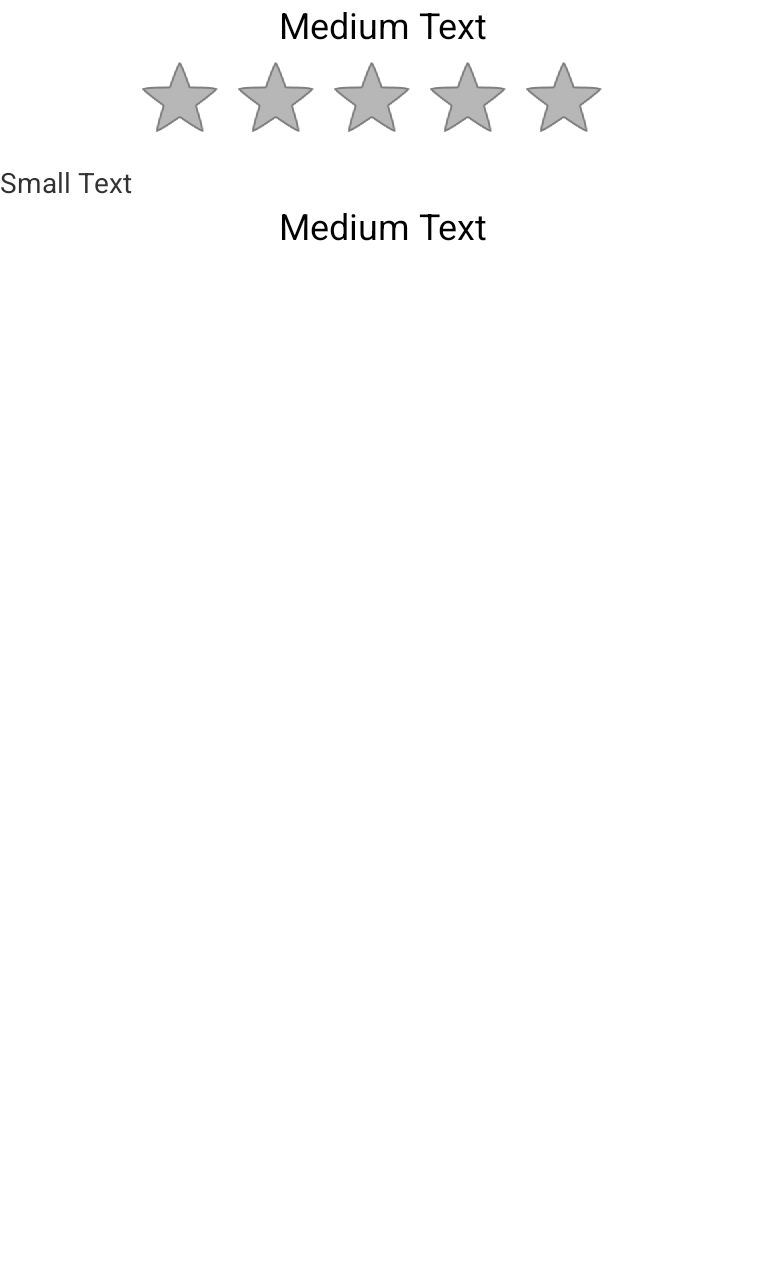
Repository: yash256/atnt
Layout: Farmdroid/res/layout/market_details.xml
These files come from the project's save history. The layout is drawn as it stood at one moment and after the next save; the edit follows.
It is drawn on a 768 x 1280 px phone screen (xhdpi) without system bars, with theme AppTheme; the app's code is not run. Lists and similar views that code fills are empty.

Above is the layout before, as saved 2014-10-29 04:53:37.

After the next save:
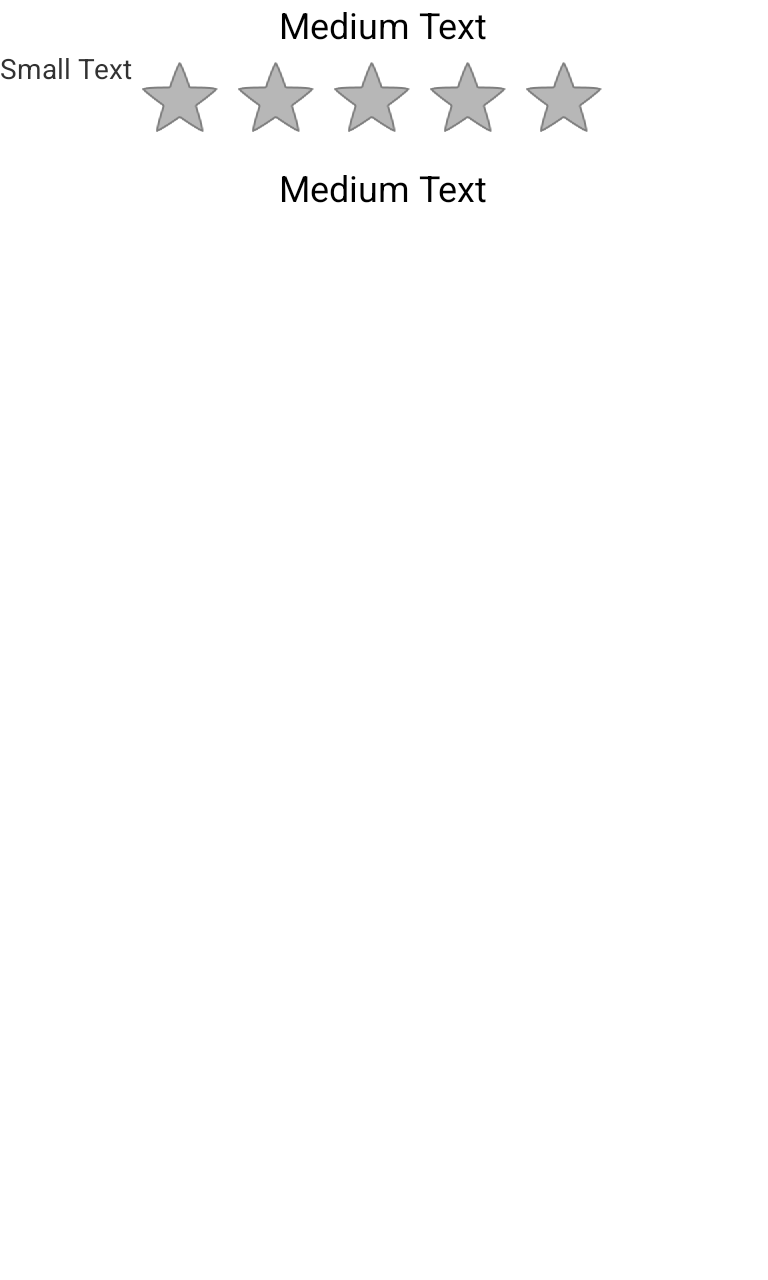
Saved 13 h 44 min later.
--- a/Farmdroid/res/layout/market_details.xml
+++ b/Farmdroid/res/layout/market_details.xml
@@ -22,14 +22,12 @@
 
         <TextView
             android:id="@+id/market_address"
-            android:layout_row="1"
             android:layout_columnSpan="4"
             android:text="Small Text"
             android:textAppearance="?android:attr/textAppearanceSmall" />
 
         <RatingBar
             android:id="@+id/ratingBar1"
-            android:layout_row="1"
             android:layout_columnSpan="4" />
 
 
